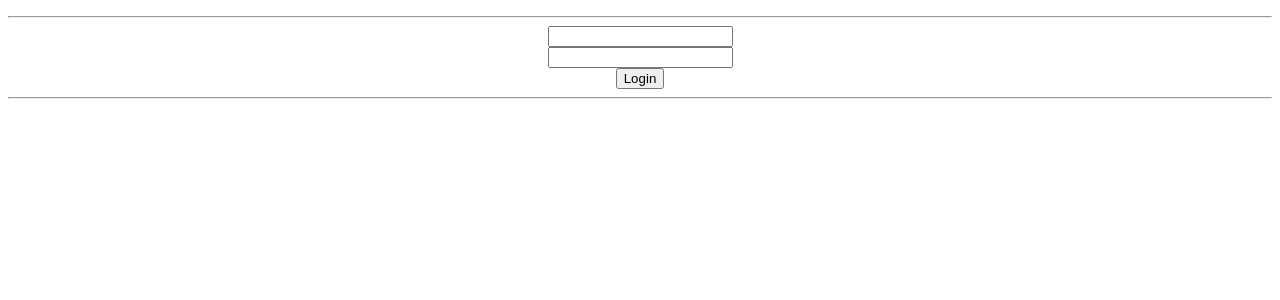
Repository: amirdt22/CT390_Project
Page: http://localhost/craig-project/
The author's editor kept a copy of each file at every save. The page is drawn from the files as they stood at one save, then again after the next save.
The browser window is 1280 px wide. The pictures show the whole page.
The page is served by Tomcat 9.

Above is the page before, as saved 2012-04-22 12:45:10.

After the next save:
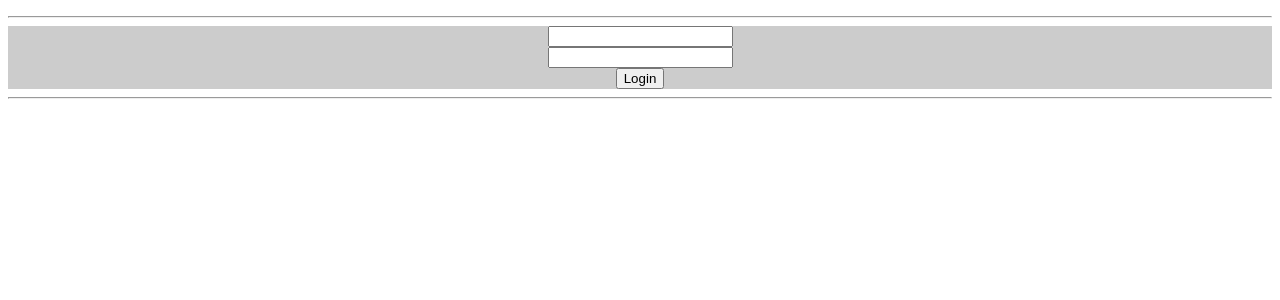
Saved 76 s later.
--- a/craig-project/WebContent/index.jsp
+++ b/craig-project/WebContent/index.jsp
@@ -9,7 +9,7 @@
 <body>
 <center>
 <p><hr>
-<form action="Login" method="POST">
+<form style="background-color: #CCCCCC" action="Login" method="POST">
 	<input type="text" name="username" id="username"/><br>
 	<input type="password" name="password" id="password"/><br>
 	<input type="submit" value="Login" id="loginSubmit"/>
